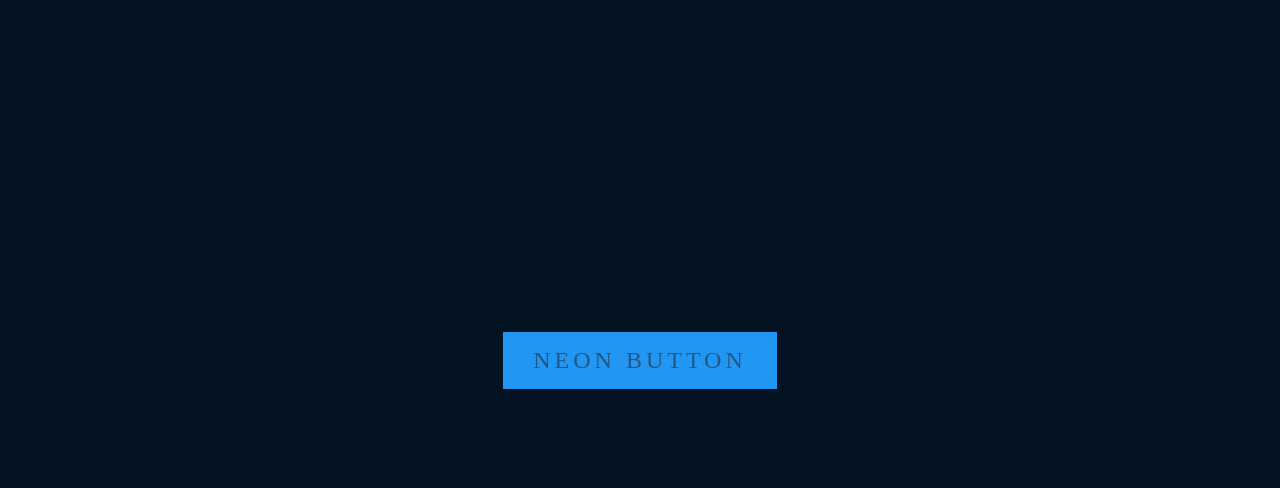
Repository: kiranjeetkaur01/csseffectneonbutton.github.io
Page: index.html
The author's editor kept a copy of each file at every save. The page is drawn from the files as they stood at one save, then again after the next save.
The browser window is 1280 px wide. The pictures show the whole page.
The pointer rests on the first visible `a`.

Above is the page before, as saved 2023-09-09 21:40:06.

### index.html
<!DOCTYPE html>
<html lang="en">
<head>
    <meta charset="UTF-8">
    <meta name="viewport" content="width=device-width, initial-scale=1.0">
    <title>Neon Button</title>
    <link rel="stylesheet" href="style.css">
</head>
<body>
    <a href="#">
        <span></span>
        <span></span>
        <span></span>
        <span></span>
        Neon Button
    </a>
</body>
</html>

### style.css
*{
    margin: 0;
    padding: 0;
    box-sizing: border-box;
}
body,html{
    display: flex;
    justify-content: center;
    align-items: center;
    min-height: 100vh;
    background: #031321;
    font-family: gilroy ;

}
a{
    position: relative;
    display: inline-block;
    padding: 15px 30px;
    color: #2196f3;
    text-transform: uppercase;
    letter-spacing: 4px;
    text-decoration: none;
    font-size: 24px;
    overflow: hidden;
    transition: 0.2s;
}
a:hover{
    color:#255784;
    background: #2196f3;
    box-shadow: 0 0 10px #2196f3,;
}

After the next save:
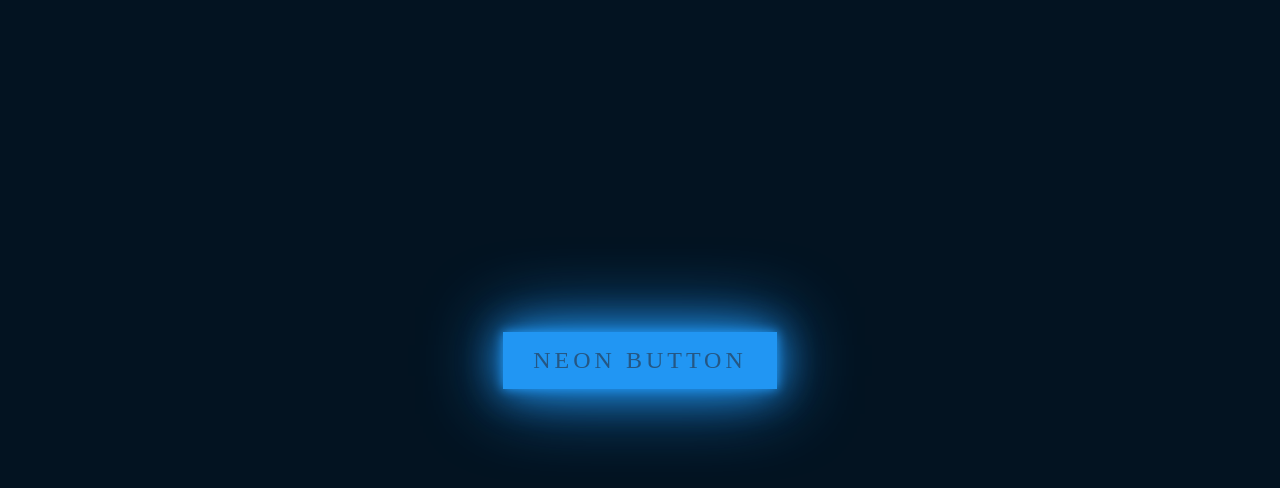
Saved 7 s later.
--- a/style.css
+++ b/style.css
@@ -27,5 +27,5 @@
 a:hover{
     color:#255784;
     background: #2196f3;
-    box-shadow: 0 0 10px #2196f3,;
+    box-shadow: 0 0 10px #2196f3,0 0 40px #2196f3, 0 0 80px #2196f3;
 }

After the save that followed:
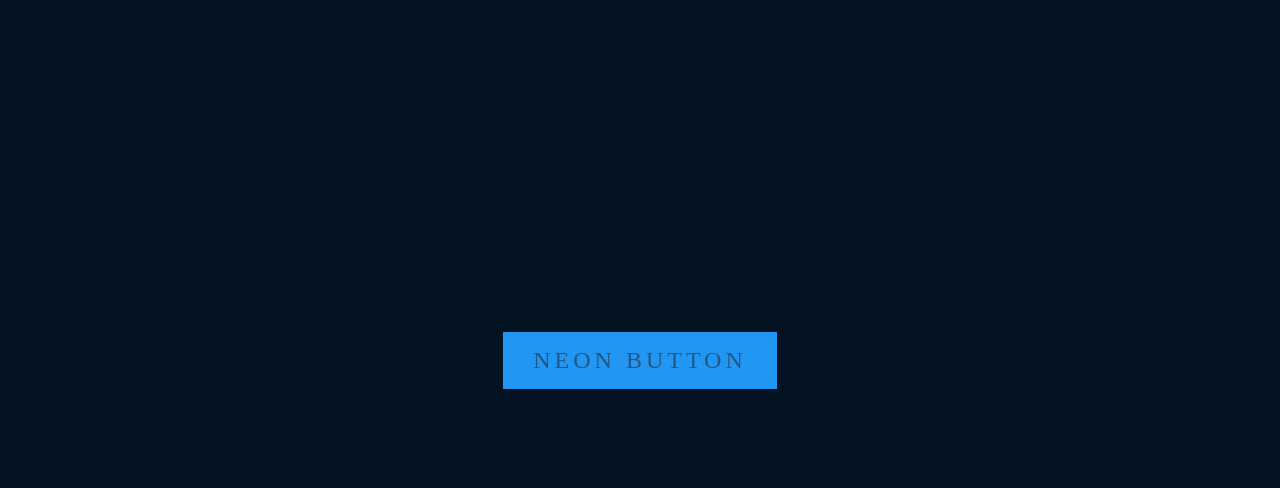
Saved 9 s later.
--- a/style.css
+++ b/style.css
@@ -27,5 +27,5 @@
 a:hover{
     color:#255784;
     background: #2196f3;
-    box-shadow: 0 0 10px #2196f3,0 0 40px #2196f3, 0 0 80px #2196f3;
+    box-shadow: 0 0 10px #2196f3,0 0 40px #2196f3, ;
 }
